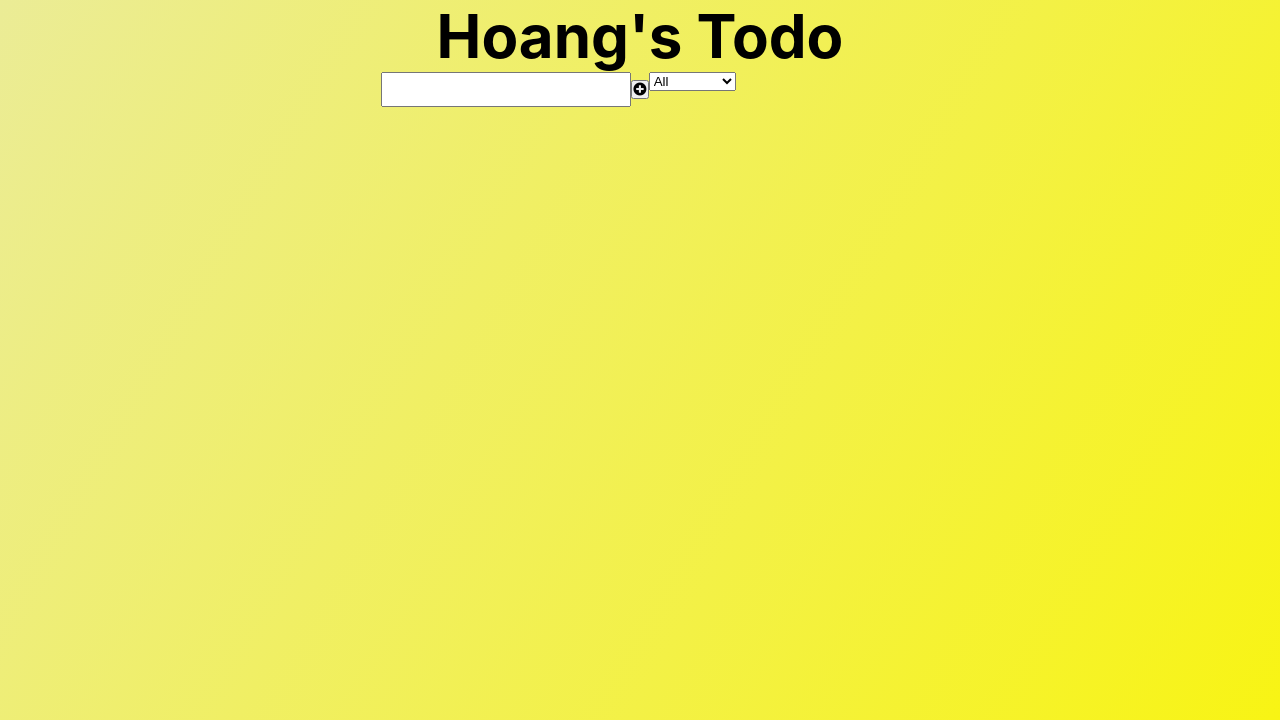
Repository: DinhHoang0607/TodoReact
Page: /
The author's editor kept a copy of each file at every save. The page is drawn from the files as they stood at one save, then again after a run of saves.
The browser window is 1280 px wide. The pictures show the whole page.
Some web libraries are served in a nearby version. The project was rebuilt for these pictures with package versions that can differ from the ones it lists, and the page was loaded fresh each time.

Above is the page before, as saved 2021-09-09 20:00:50.

### public/index.html
<!DOCTYPE html>
<html lang="en">
  <head>
    <meta charset="utf-8" />
    <link rel="icon" href="%PUBLIC_URL%/favicon.ico" />
    <meta name="viewport" content="width=device-width, initial-scale=1" />
    <meta name="theme-color" content="#000000" />
    <meta
      name="description"
      content="Web site created using create-react-app"
    />
    <link rel="apple-touch-icon" href="%PUBLIC_URL%/logo192.png" />
    <!--
      manifest.json provides metadata used when your web app is installed on a
      user's mobile device or desktop. See https://developers.google.com/web/fundamentals/web-app-manifest/
    -->
    <link rel="stylesheet" href="https://pro.fontawesome.com/releases/v5.10.0/css/all.css" integrity="sha384-AYmEC3Yw5cVb3ZcuHtOA93w35dYTsvhLPVnYs9eStHfGJvOvKxVfELGroGkvsg+p" crossorigin="anonymous"/>
    <link rel="manifest" href="%PUBLIC_URL%/manifest.json" />
    <!--
      Notice the use of %PUBLIC_URL% in the tags above.
      It will be replaced with the URL of the `public` folder during the build.
      Only files inside the `public` folder can be referenced from the HTML.

      Unlike "/favicon.ico" or "favicon.ico", "%PUBLIC_URL%/favicon.ico" will
      work correctly both with client-side routing and a non-root public URL.
      Learn how to configure a non-root public URL by running `npm run build`.
    -->
    <title>React App</title>
  </head>
  <body>
    <noscript>You need to enable JavaScript to run this app.</noscript>
    <div id="root"></div>
    <!--
      This HTML file is a template.
      If you open it directly in the browser, you will see an empty page.

      You can add webfonts, meta tags, or analytics to this file.
      The build step will place the bundled scripts into the <body> tag.

      To begin the development, run `npm start` or `yarn start`.
      To create a production bundle, use `npm run build` or `yarn build`.
    -->
  </body>
</html>

### src/App.js
import "./App.css";
import React from "react";
import Form from "./components/Form";

function App() {
  return (
    <div className="App">
      <header>
        <h1>Hoang's Todo</h1>
      </header>
      <Form />
    </div>
  );
}

export default App;

### src/App.css
*,
*::before,
*::after {
  box-sizing: border-box;
  padding: 0;
  margin: 0;
}
html {
  font-size: 62.5%;
}
body {
  width: 100%;
  height: 100vh;
  background-image: linear-gradient(120deg, #ebec96 0%, #f8f414 100%);
}
header {
  font-size: 3rem;
  margin: 0 auto;
}
header,
form {
  display: flex;
  justify-content: center;
  align-items: center;
}
.form__input,
.form__select {
  width: 25rem;
  height: 3.5rem;
}

### src/components/Form.js
import React from "react";
const Form = () => {
  return (
    <form className="form">
      <input type="text" className="form__input" />
      <button className="form__button" type="submit">
        <i class="fas fa-plus-circle"></i>
      </button>
      <div className="form__select">
        <select name="items" className="select__item">
          <option value="all" selected="selected">
            All
          </option>
          <option value="completed">Completed</option>
          <option value="inProcess">InProcess</option>
        </select>
      </div>
    </form>
  );
};

export default Form;

Loaded but not shown: src/index.js (common file); src/index.css (common file); src/reportWebVitals.js (common file)

After the next 3 saves:
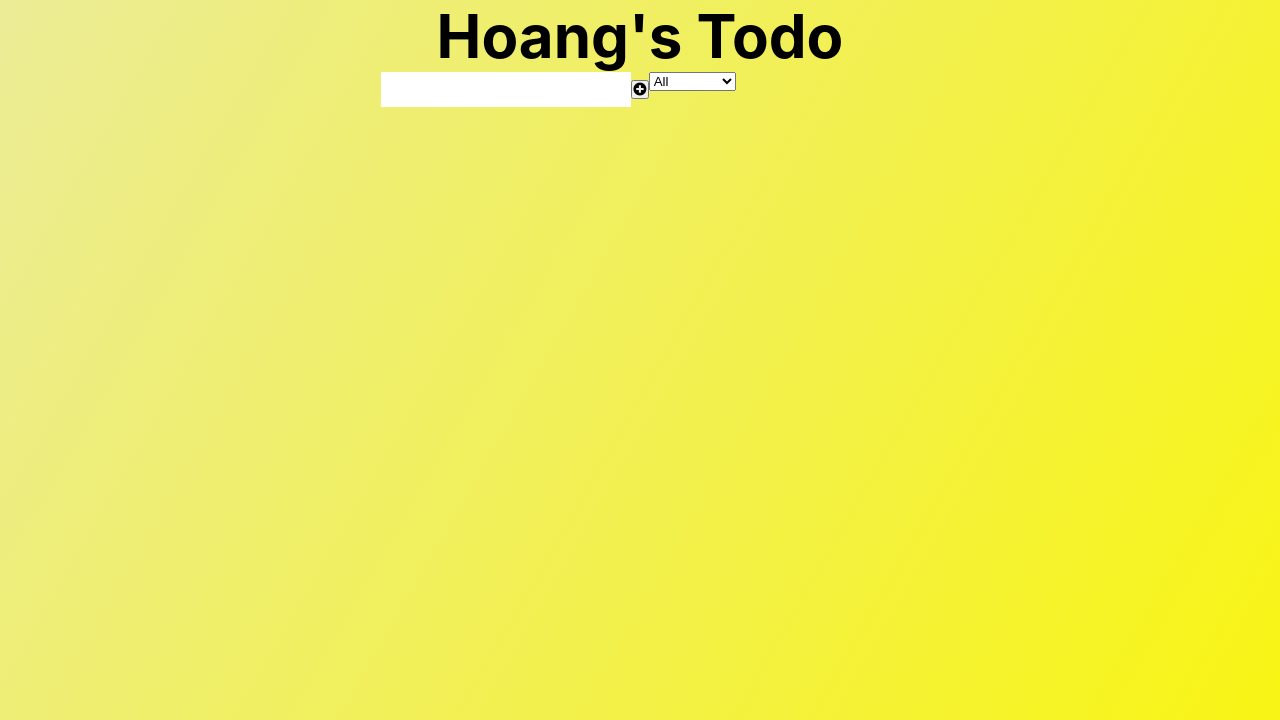
The 3 saves are shown as one change because they came seconds apart.
The last was saved 62 s later.
--- a/src/App.css
+++ b/src/App.css
@@ -27,4 +27,6 @@ form {
 .form__select {
   width: 25rem;
   height: 3.5rem;
+  border: none;
+  bac
 }
